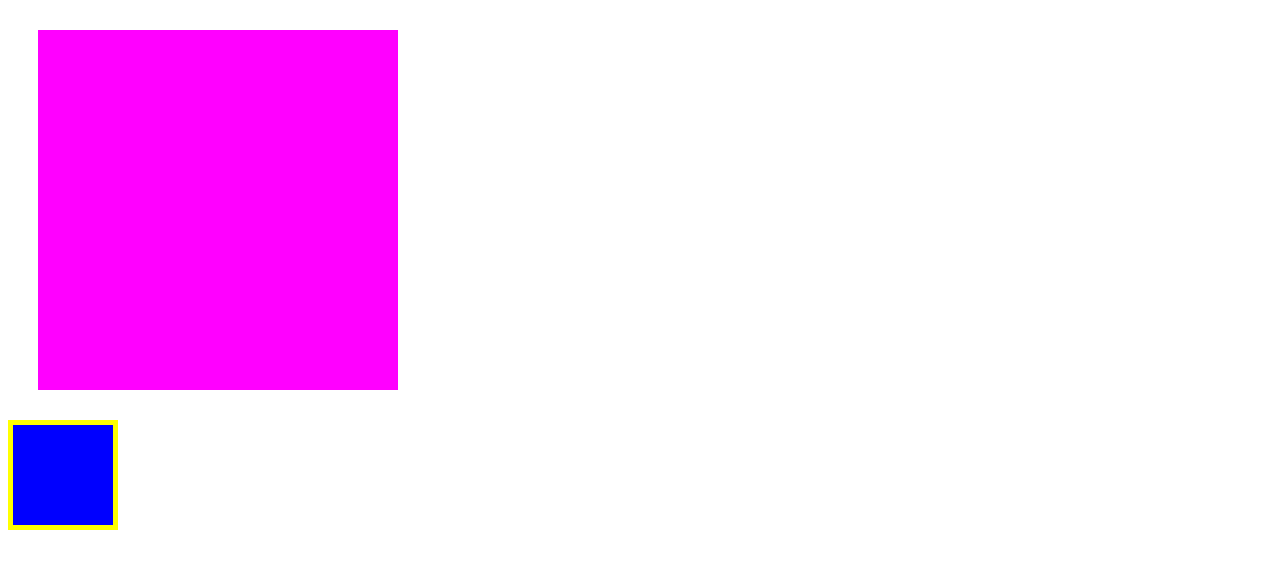
Repository: Tyubyasa/abc
Page: box.html
The author's editor kept a record of every edit. The page is drawn from the files as they stood at one moment, then again after the next edit.
The browser window is 1280 px wide. The pictures show the whole page.

Above is the page before.

### box.html
<!DOCTYPE html>
<html lang="ja">
  <head>
    <meta charset="UTF-8" />
    <link rel="stylesheet" href="box.css" />
    <title>BOX</title>
  </head>

  <body>
    <!-- box1用のdiv -->
    <div class="box1"></div>
     <div class="box2"></div>
<div>
  </body>
</html>

### box.css
.box1 {
  width: 300px;
  height: 300px;
 background-color: fuchsia;
 margin: 30px;
  padding: 30px;
}

.box2 {
  width: 100px;
  height: 100px;
  background-color: blue;
   /* */
  border: 5px solid yellow;
}

After the next edit:
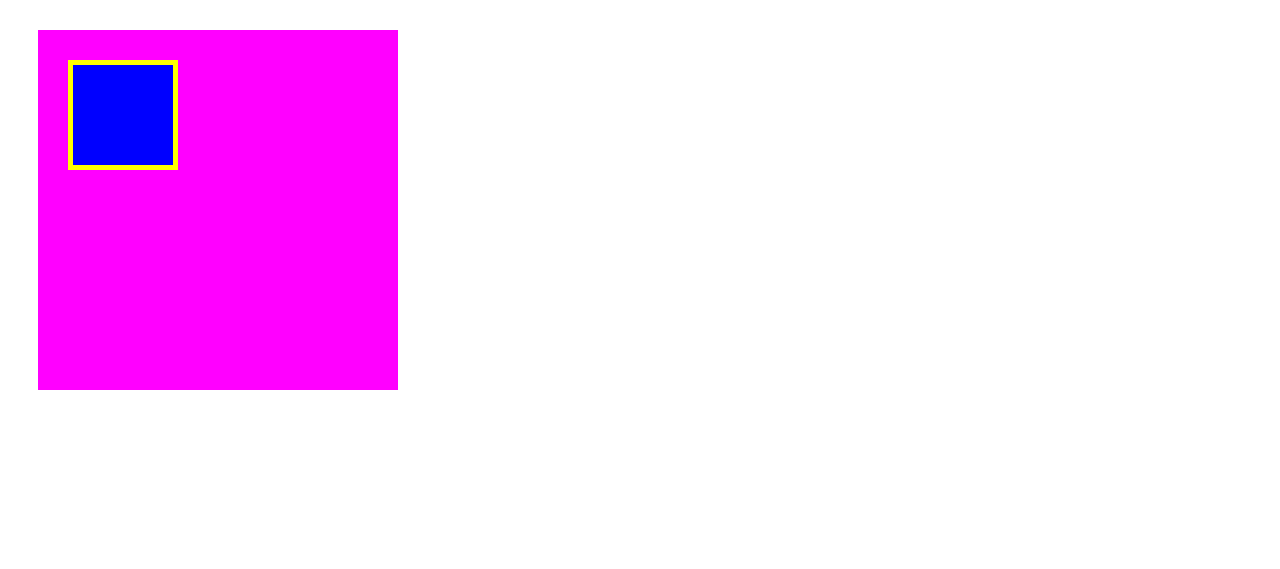
The edit:
--- a/box.html
+++ b/box.html
@@ -8,8 +8,8 @@
 
   <body>
     <!-- box1用のdiv -->
-    <div class="box1"></div>
-     <div class="box2"></div>
-<div>
+    <div class="box1">
+      <div class="box2"></div>
+    </div>
   </body>
 </html>
